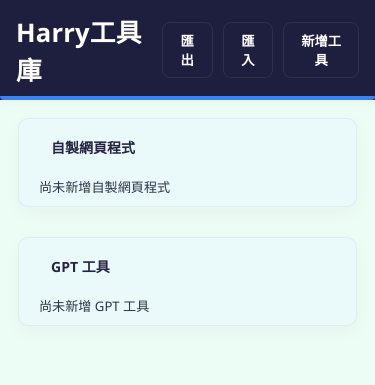
Repository: Harry985991/bmcvibecoding
Page: personal_tool_portal.html
These files come from the project's save history. The page is drawn as it stood at one moment and after the next save; the edit follows.
The browser window is 375 px wide. The pictures show the whole page.

Above is the page before, as saved 2025-08-22 23:41:21.

After the next save:
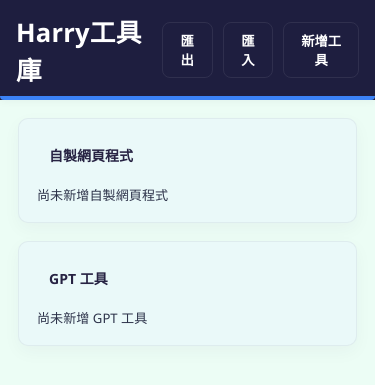
Saved 15 s later.
--- a/personal_tool_portal.html
+++ b/personal_tool_portal.html
@@ -110,24 +110,22 @@ main {
   padding: 28px;
   display: grid;
   grid-template-columns: 1fr;
-  gap: 30px;               /* 區塊間距改為 30px */
-  max-width: 1200px;       /* 讓內容置中並維持一致左右對齊 */
-  margin: 0 auto;
+  gap: 18px;
 }
 
 /* section container */
 .section {
   background: var(--section-bg); /* 使用淡藍色，與附件一致 */
-  padding: 10px 20px;    /* 上下 10px，左右 20px */
+  padding: 18px;
   border-radius: 10px;
   box-shadow: 0 6px 18px rgba(39,35,67,0.04);
   border: 1px solid var(--card-border);
 }
 .section h2 {
   margin: 0 0 12px 0;
-  font-size: 18px;              /* 調整為 18px 並加粗 */
+  font-size: 15px;              /* 區塊標題 14~16px */
   color: var(--primary);
-  font-weight: 700;
+  font-weight: 700;             /* 粗體 */
   padding: 8px 12px;
   display: inline-block;
   background: rgba(255,255,255,0.0);
@@ -145,51 +143,99 @@ main {
 /* grid & cards */
 .grid {
   display: grid;
-  /* 每列顯示 4 個卡片，欄位平均分配 */
-  grid-template-columns: repeat(4, minmax(0, 1fr));
-  gap: 20px;               /* 水平與垂直間距 20px */
-  align-items: stretch;    /* 強制卡片同高 */
+  /* 減小每張卡片的最小寬度，讓卡片看起來更窄一些 */
+  grid-template-columns: repeat(auto-fill, minmax(220px, 1fr));
+  gap: 14px;
 }
 
 /* card: deep style */
 .card {
   background: var(--card-dark);
   color: #ffffff;
-  border: 1px solid transparent;
+  border: 1px solid transparent;          /* 預設無邊框，hover 顯示微亮邊框 */
   border-radius: 12px;
-  padding: 12px;
+  padding: 16px;
   display: flex;
   flex-direction: column;
-  justify-content: flex-start;
-  box-shadow: 0 6px 18px rgba(44,44,84,0.12);
-  height: 120px;           /* 卡片高度固定為 120px */
-  min-height: 120px;
-  transition: box-shadow 180ms ease, transform 180ms ease, border-color 180ms ease;
-  will-change: transform, box-shadow;
-}
-
-/* hover: 浮起 + 微放大 */
+  justify-content: space-between;
+  box-shadow: 0 8px 24px rgba(44,44,84,0.14);
+  min-height: 140px;
+  transition: box-shadow 160ms ease, transform 160ms ease, border-color 160ms ease;
+}
+
+/* hover: 微亮邊框與互動感 */
 .card:hover {
-  box-shadow: 0 18px 40px rgba(44,44,84,0.28);
-  transform: translateY(-6px) scale(1.02);
+  box-shadow: 0 12px 32px rgba(44,44,84,0.24);
+  transform: translateY(-4px);
   border-color: rgba(255,255,255,0.10); /* 微亮邊框 */
-  z-index: 5;
-}
-
-/* 內容間距在固定高度下做微調 */
-.card-head { display:flex; gap:10px; align-items:center; }
-.card p { margin: 6px 0 8px 0; overflow: hidden; text-overflow: ellipsis; display: -webkit-box; -webkit-line-clamp: 2; -webkit-box-orient: vertical; }
-.card-actions { margin-top: auto; display:flex; justify-content:space-between; gap:12px; align-items:center; }
-
-/* responsive: 降低列數以避免過窄 */
-@media (max-width:1200px){
-  .grid { grid-template-columns: repeat(3, minmax(0,1fr)); }
-}
-@media (max-width:900px){
-  .grid { grid-template-columns: repeat(2, minmax(0,1fr)); }
-}
-@media (max-width:560px){
-  .grid { grid-template-columns: repeat(1, minmax(0,1fr)); }
+}
+
+.card-head {
+  display:flex;
+  align-items:center;
+  gap:10px;
+  margin-bottom:8px;
+}
+/* title as light-blue badge (button-like) */
+.card h3 {
+  margin: 0;
+  display: inline-block;
+  background: var(--title-blue);
+  color: var(--primary);
+  padding: 8px 12px;
+  border-radius: 999px;
+  font-size: 17px;              /* 工具名稱 16~18px */
+  font-weight: 600;             /* 半粗體 */
+  line-height: 1;
+  box-shadow: inset 0 -1px 0 rgba(0,0,0,0.02);
+}
+
+/* description */
+.card p {
+  font-size: 13px;              /* 說明文字 12~14px */
+  color: #E5E5E5;               /* 淡一些的文字顏色 */
+  margin: 8px 0 12px 0;
+  flex-grow: 1;
+}
+
+/* actions area layout */
+.card-actions { margin-top: 8px; display:flex; justify-content:space-between; gap:12px; align-items:center; }
+
+/* visit link: 亮藍色 #3B82F6，白字 */
+.visit-btn {
+  display: inline-block;
+  background: #3B82F6; /* 亮藍 */
+  color: #ffffff;
+  padding: 6px 10px;
+  border-radius: 8px;
+  font-weight: 600;
+  font-size: 0.92rem;
+  text-decoration: none;
+  border: 1px solid rgba(0,0,0,0.06);
+  box-shadow: 0 4px 10px rgba(59,130,246,0.12);
+  transition: transform 120ms ease, box-shadow 120ms ease, filter 120ms ease;
+}
+.visit-btn:hover {
+  transform: translateY(-2px);
+  box-shadow: 0 8px 20px rgba(59,130,246,0.16);
+  filter: brightness(0.98);
+}
+
+/* edit/delete: 中灰 #374151，白字 */
+.card-actions .right button {
+  background-color: #374151; /* 中灰 */
+  color: #ffffff;
+  border: none;
+  padding: 6px 10px;
+  border-radius: 8px;
+  cursor: pointer;
+  font-weight: 600;
+  font-size: 0.9rem;
+  transition: background 120ms ease, transform 120ms ease;
+}
+.card-actions .right button:hover {
+  background-color: #4b5563; /* 稍微亮一點的灰，hover 效果 */
+  transform: translateY(-2px);
 }
 
 /* modal */
